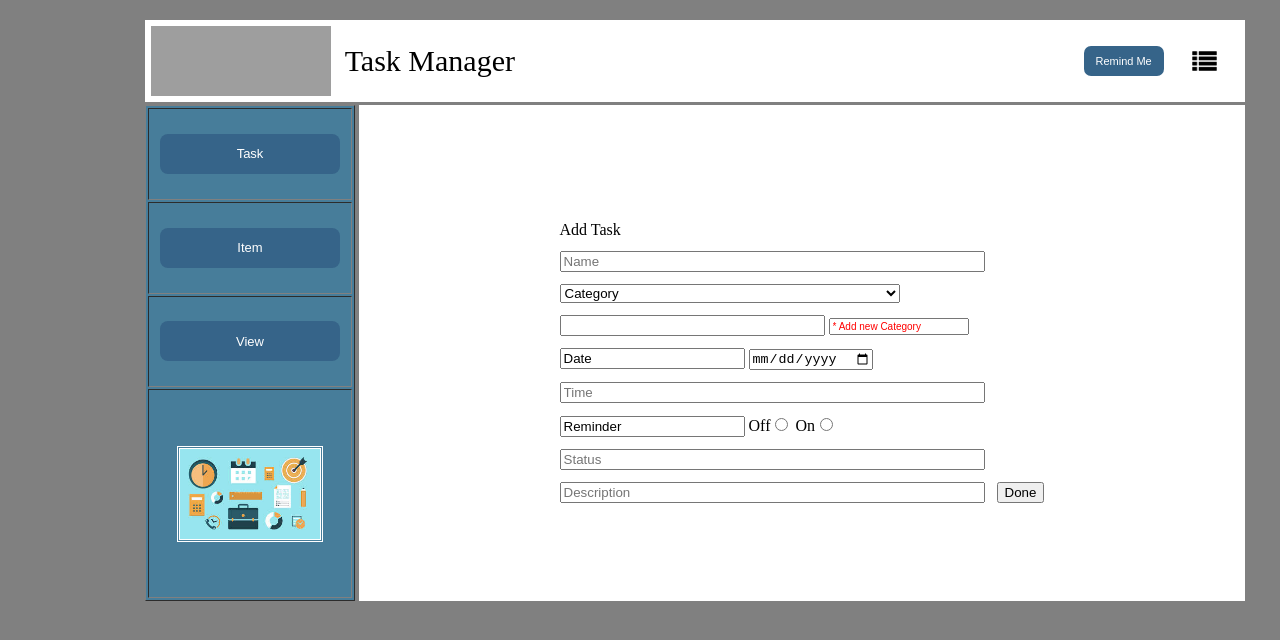
Repository: SnehaSalvi/TaskManagerProject
Page: http://localhost/TaskManagerChecklist/AddTask.jsp
An editor plug-in stored every save of this project. The page is shown before and after the next save, followed by the edit.
The browser window is 1280 px wide. The pictures show the whole page.
Pictures or frames that could not be fetched are drawn as grey boxes. The page is served by Tomcat 9.

Above is the page before, as saved 2016-10-14 08:43:12.

After the next save:
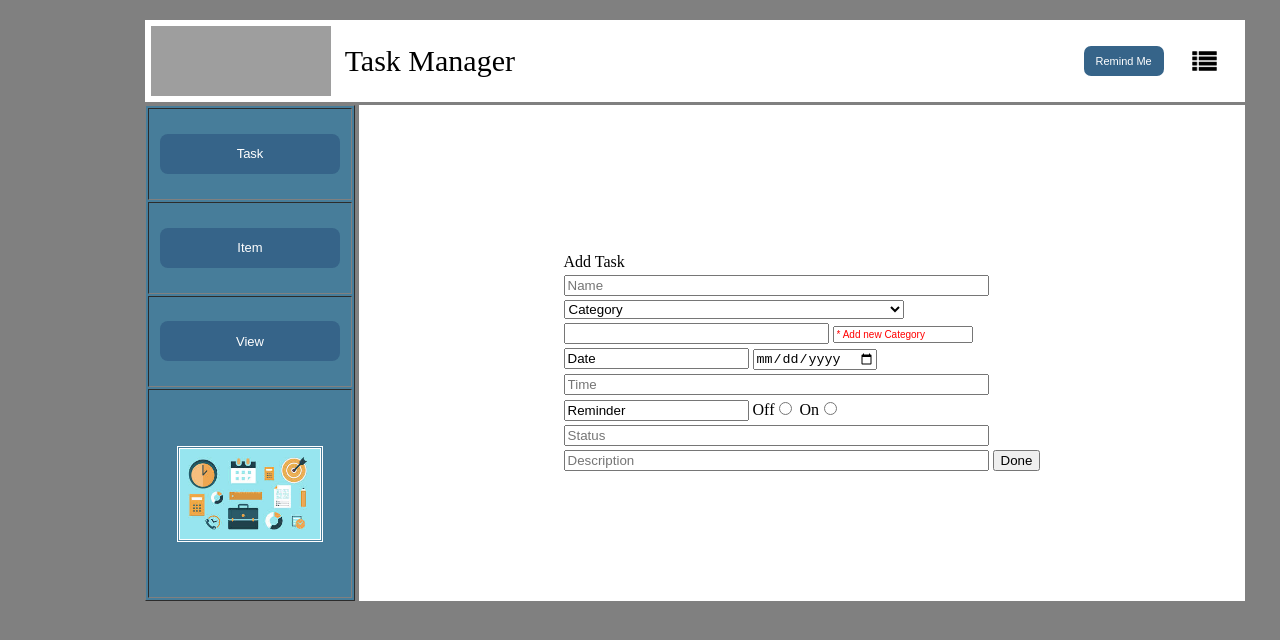
Saved 11 s later.
--- a/TaskManagerChecklist/WebContent/AddTask.jsp
+++ b/TaskManagerChecklist/WebContent/AddTask.jsp
@@ -59,7 +59,7 @@
 				<table id="table3">
 					<tr>
 						<td id="#td6">&nbsp;&nbsp;&nbsp;&nbsp;
-							<table id="table6" align="center" cellspacing="10">
+							<table id="table6" align="center">
 								<tr>
 									<td colspan="2">
 										Add Task
